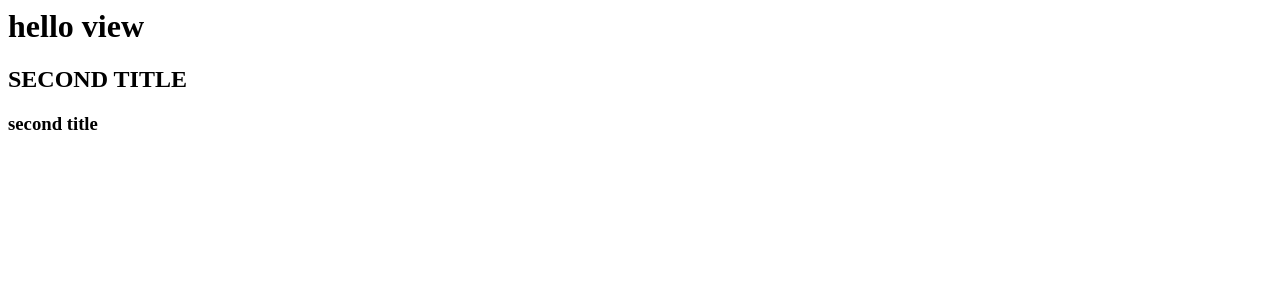
Repository: Matt-Thew/libLang
Page: vue/cnd.html
An editor plug-in stored every save of this project. The page is shown before and after the next save, followed by the edit.
The browser window is 1280 px wide. The pictures show the whole page.

Above is the page before, as saved 2019-04-20 16:28:31.

### vue/cnd.html
<script src="https://cdn.jsdelivr.net/npm/vue"></script>


<div class="hello-vue">
    <h1>{{ title }}</h1>
</div>

    <div class="second">

        <h2>{{ title.toUpperCase() }}</h2>
        <h3 v-text="title">helo v-text</h3>
    </div>


<script>


    const helloWorld = new Vue({
        el: '.hello-vue',
        data:{
            title:"hello view"
        }
    });

    const second = new Vue({
        el: '.second',
        data:{
            title:"second title"
        }
    });
</script>

After the next save:
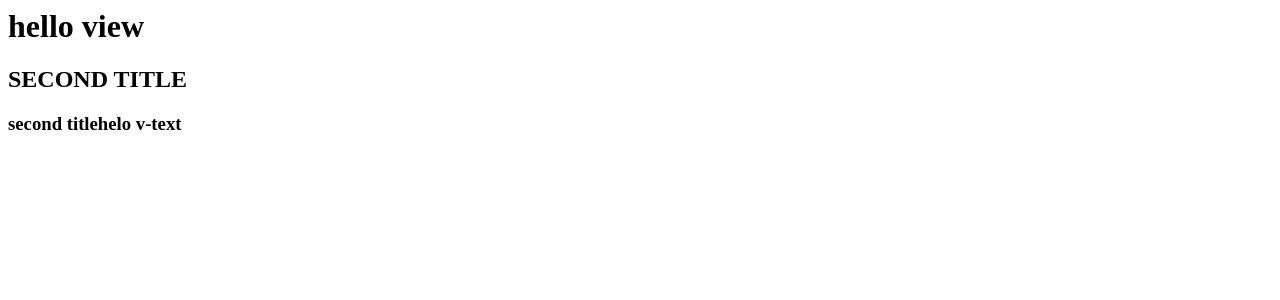
Saved 5 s later.
--- a/vue/cnd.html
+++ b/vue/cnd.html
@@ -8,7 +8,7 @@
     <div class="second">
 
         <h2>{{ title.toUpperCase() }}</h2>
-        <h3 v-text="title">helo v-text</h3>
+        <h3 v-text="">{{ title }}helo v-text</h3>
     </div>
 
 
